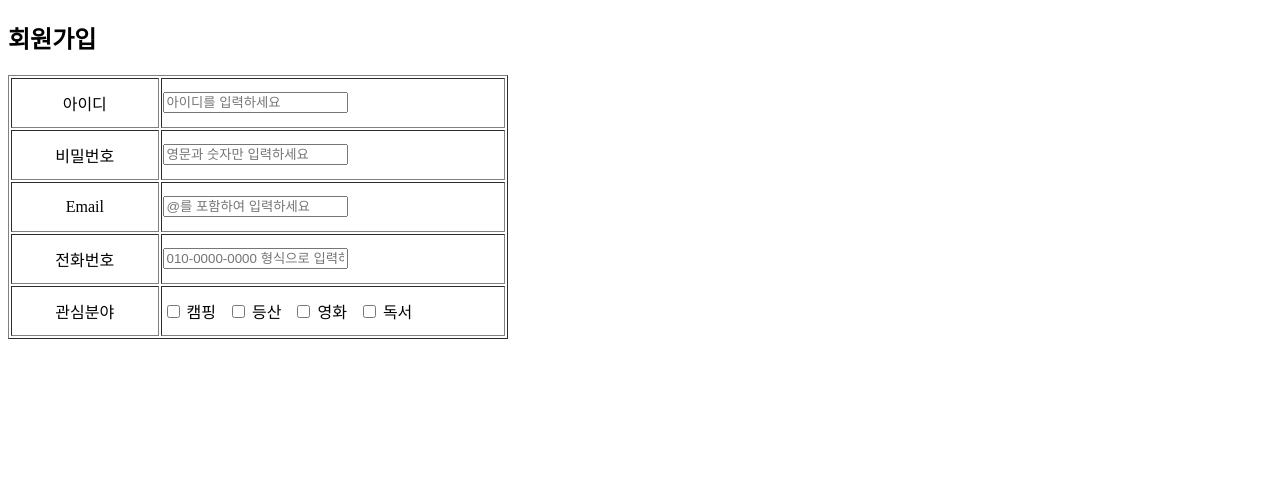
Repository: hyeongu135-ui/Jsp2026
Page: http://localhost/chapter01/Request/Requestjoin.jsp
These files come from the project's save history. The page is drawn as it stood at one moment and after the next save; the edit follows.
The browser window is 1280 px wide. The pictures show the whole page.
The page is served by Tomcat 9.

Above is the page before, as saved 2026-10-19 06:42:24.

After the next save:
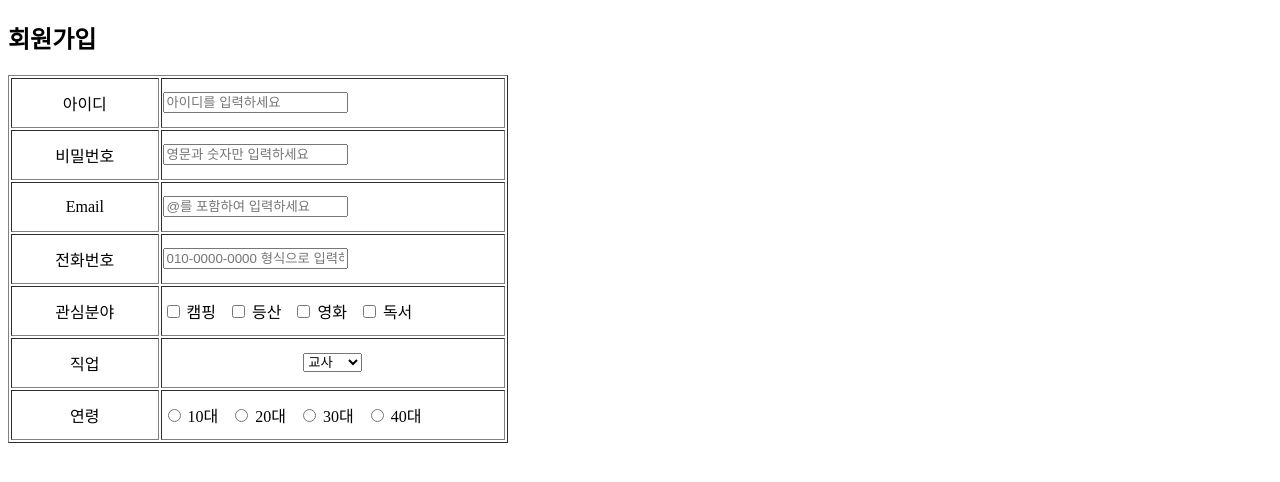
Saved 5 min 57 s later.
--- a/chapter01/src/main/webapp/Request/Requestjoin.jsp
+++ b/chapter01/src/main/webapp/Request/Requestjoin.jsp
@@ -1,5 +1,5 @@
 <%@ page language="java" contentType="text/html; charset=UTF-8"
-    pageEncoding="UTF-8" import="java.util.*"%>
+	pageEncoding="UTF-8" import="java.util.*"%>
 <!DOCTYPE html>
 <html>
 <head>
@@ -8,49 +8,62 @@
 </head>
 <body>
 	<div class="container">
-	<h2> 회원가입 </h2>
+		<h2>회원가입</h2>
 
-	<form action="RequestJoinProc.jsp" method="post">
-		<table width="500" border="1">
-			<tr height="50">
-				<td align="center" width="150">아이디</td>
-				<td width="350">
-					<input type="text" name ="id" placeholder="아이디를 입력하세요">
-				</td>
-			</tr>
-			<tr height="50">
-				<td align="center" width="150">비밀번호</td>
-				<td width="350">
-					<input type="password" name ="passchk" placeholder="영문과 숫자만 입력하세요">
-				</td>
-			</tr>
-			<tr height="50">
-				<td align="center" width="150">Email</td>
-				<td width="350">
-					<input type="email" name ="email" placeholder="@를 포함하여 입력하세요">
-				</td>
-			</tr>
-			<tr height="50">
-				<td align="center" width="150">전화번호</td>
-				<td width="350">
-					<input type="tel" name ="tel" placeholder="010-0000-0000 형식으로 입력하세요">
-				</td>
-			</tr>
-			<tr height="50">
-				<td align="center" width="150">관심분야</td>
-				<td width="350">
-					<input type="checkbox" name ="hobby" value="캠핑" id = "camping">
-					<label for="camping">캠핑</label>&nbsp;&nbsp;
-					<input type="checkbox" name ="hobby" value="등산" id = "mount">
-					<label for="mount">등산</label>&nbsp;&nbsp;
-					<input type="checkbox" name ="hobby" value="영화" id = "movie">
-					<label for="movie">영화</label>&nbsp;&nbsp;
-					<input type="checkbox" name ="hobby" value="독서" id = "book">
-					<label for="book">독서</label>&nbsp;&nbsp;
-				</td>
-			</tr>
-		</table>
-	</form>
+		<form action="RequestJoinProc.jsp" method="post">
+			<table width="500" border="1">
+				<tr height="50">
+					<td align="center" width="150">아이디</td>
+					<td width="350"><input type="text" name="id"
+						placeholder="아이디를 입력하세요"></td>
+				</tr>
+				<tr height="50">
+					<td align="center" width="150">비밀번호</td>
+					<td width="350"><input type="password" name="passchk"
+						placeholder="영문과 숫자만 입력하세요"></td>
+				</tr>
+				<tr height="50">
+					<td align="center" width="150">Email</td>
+					<td width="350"><input type="email" name="email"
+						placeholder="@를 포함하여 입력하세요"></td>
+				</tr>
+				<tr height="50">
+					<td align="center" width="150">전화번호</td>
+					<td width="350"><input type="tel" name="tel"
+						placeholder="010-0000-0000 형식으로 입력하세요"></td>
+				</tr>
+				<tr height="50">
+					<td align="center" width="150">관심분야</td>
+					<td width="350"><input type="checkbox" name="hobby" value="캠핑"
+						id="camping"> <label for="camping">캠핑</label>&nbsp;&nbsp;
+						<input type="checkbox" name="hobby" value="등산" id="mount">
+						<label for="mount">등산</label>&nbsp;&nbsp; <input type="checkbox"
+						name="hobby" value="영화" id="movie"> <label for="movie">영화</label>&nbsp;&nbsp;
+						<input type="checkbox" name="hobby" value="독서" id="book">
+						<label for="book">독서</label>&nbsp;&nbsp;</td>
+				</tr>
+				<tr height="50">
+					<td width="150" align="center">직업</td>
+					<td width="350" align="center"><select>
+							<option value="교사">교사</option>
+							<option value="변호사">변호사</option>
+							<option value="의사">의사</option>
+							<option value="기술사">기술사</option>
+					</select></td>
+				</tr>
+				<tr height="50">
+					<td align="center" width="150">연령</td>
+					<td width="350">
+					<input type="radio" name="age" value="10대"
+						id="teenage"> <label for="camping">10대</label>&nbsp;&nbsp;
+						<input type="radio" name="age" value="20대" id="twenty"> <label
+						for="mount">20대</label>&nbsp;&nbsp; <input type="radio"
+						name="age" value="30대" id="thirty"> <label for="movie">30대</label>&nbsp;&nbsp;
+						<input type="radio" name="age" value="40대" id="forty"> <label
+						for="book">40대</label>&nbsp;&nbsp;</td>
+				</tr>
+			</table>
+		</form>
 	</div>
 </body>
 </html>
